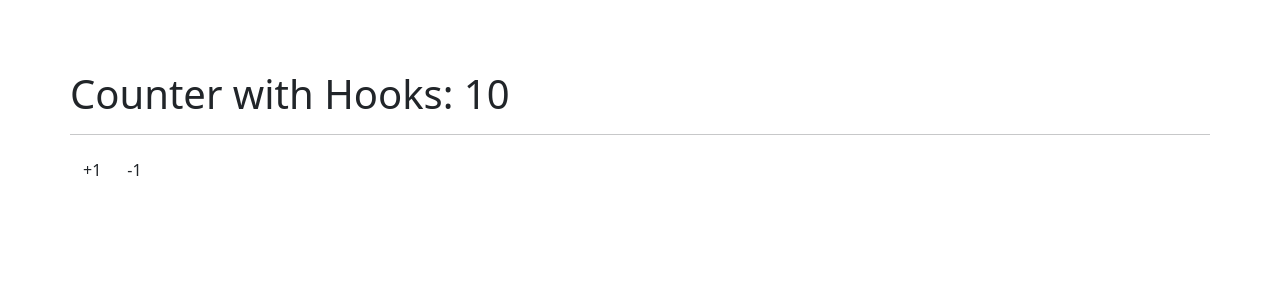
Repository: ppfeliuu/hooks-app
Page: /
These files come from the project's save history. The page is drawn as it stood at one moment and after the next save; the edit follows.
The browser window is 1280 px wide. The pictures show the whole page.
The project was rebuilt for these pictures with package versions that can differ from the ones it lists, and the page was loaded fresh each time. Also part of the build but not shown: src/components/01-useState/CounterApp.js, src/HookApp.js.

Above is the page before, as saved 2021-05-27 21:56:44.

### public/index.html
<!DOCTYPE html>
<html lang="en">
  <head>
    <meta charset="utf-8" />
    <link rel="icon" href="%PUBLIC_URL%/favicon.ico" />
    <meta name="viewport" content="width=device-width, initial-scale=1" />
    <meta name="theme-color" content="#000000" />
    <meta
      name="description"
      content="Web site created using create-react-app"
    />
    <link rel="apple-touch-icon" href="%PUBLIC_URL%/logo192.png" />
    <!--
      manifest.json provides metadata used when your web app is installed on a
      user's mobile device or desktop. See https://developers.google.com/web/fundamentals/web-app-manifest/
    -->
    <link rel="manifest" href="%PUBLIC_URL%/manifest.json" />
    <!--
      Notice the use of %PUBLIC_URL% in the tags above.
      It will be replaced with the URL of the `public` folder during the build.
      Only files inside the `public` folder can be referenced from the HTML.

      Unlike "/favicon.ico" or "favicon.ico", "%PUBLIC_URL%/favicon.ico" will
      work correctly both with client-side routing and a non-root public URL.
      Learn how to configure a non-root public URL by running `npm run build`.
    -->
    <link
      href="https://cdn.jsdelivr.net/npm/bootstrap@5.0.1/dist/css/bootstrap.min.css"
      rel="stylesheet"
      integrity="sha384-+0n0xVW2eSR5OomGNYDnhzAbDsOXxcvSN1TPprVMTNDbiYZCxYbOOl7+AMvyTG2x"
      crossorigin="anonymous"
    />
    <title>Hooks App</title>
  </head>
  <body>
    <noscript>You need to enable JavaScript to run this app.</noscript>
    <div id="root"></div>
    <!--
      This HTML file is a template.
      If you open it directly in the browser, you will see an empty page.

      You can add webfonts, meta tags, or analytics to this file.
      The build step will place the bundled scripts into the <body> tag.

      To begin the development, run `npm start` or `yarn start`.
      To create a production bundle, use `npm run build` or `yarn build`.
    -->
  </body>
</html>

### src/index.js
import React from "react";
import ReactDOM from "react-dom";
import { CounterApp } from "./components/01-useState/CounterApp";
import { CounterWithCustomHook } from "./components/01-useState/CounterWithCustomHook";
import { HookApp } from "./HookApp";

ReactDOM.render(<CounterWithCustomHook />, document.getElementById("root"));

### src/components/01-useState/CounterWithCustomHook.js
import React from "react";
import { useCounter } from "../../hooks/useCounter";
import "./counter.css";

export const CounterWithCustomHook = () => {
  const { state, increment, decrement } = useCounter();
  return (
    <>
      <h1>Counter with Hooks: {state}</h1>
      <hr />

      <button className="btn">+1</button>
      <button className="btn">-1</button>
    </>
  );
};

### src/hooks/useCounter.js
import { useState } from "react";

export const useCounter = (initialState = 10) => {
  const [state, setstate] = useState(initialState);

  const increment = () => {
    setstate(state + 1);
  };

  const decrement = () => {
    setstate(state - 1);
  };

  return {
    state,
    increment,
    decrement,
  };
};

Loaded but not shown: src/components/01-useState/counter.css (common file)

After the next save:
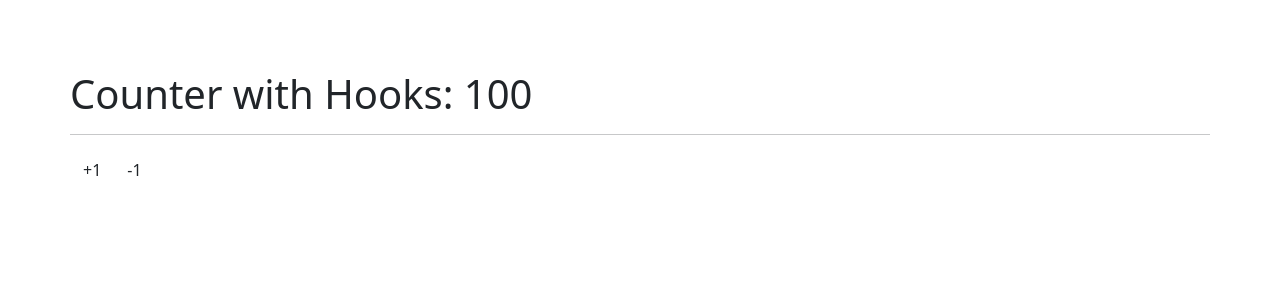
Saved 2 min 39 s later.
--- a/src/components/01-useState/CounterWithCustomHook.js
+++ b/src/components/01-useState/CounterWithCustomHook.js
@@ -3,7 +3,7 @@
 import "./counter.css";
 
 export const CounterWithCustomHook = () => {
-  const { state, increment, decrement } = useCounter();
+  const { state, increment, decrement } = useCounter(100);
   return (
     <>
       <h1>Counter with Hooks: {state}</h1>

After the 2 saves that followed:
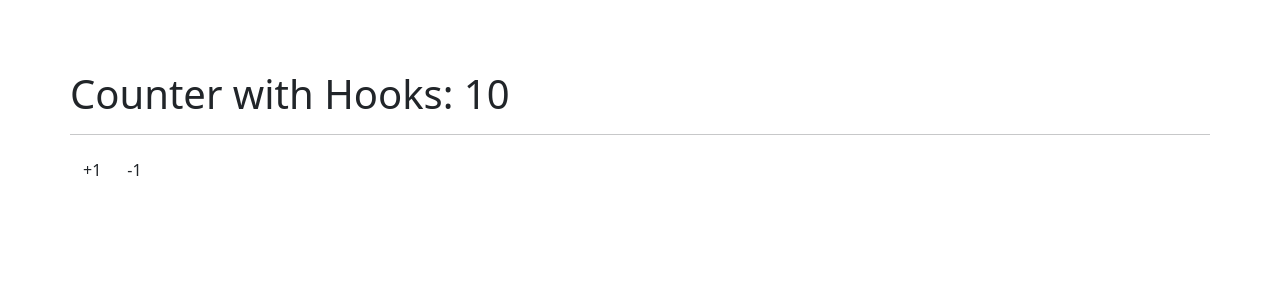
The 2 saves are shown as one change because 1 left the picture as it was.
The last was saved 68 s later.
--- a/src/components/01-useState/CounterWithCustomHook.js
+++ b/src/components/01-useState/CounterWithCustomHook.js
@@ -3,14 +3,18 @@
 import "./counter.css";
 
 export const CounterWithCustomHook = () => {
-  const { state, increment, decrement } = useCounter(100);
+  const { state, increment, decrement } = useCounter();
   return (
     <>
       <h1>Counter with Hooks: {state}</h1>
       <hr />
 
-      <button className="btn">+1</button>
-      <button className="btn">-1</button>
+      <button className="btn" onClick={increment}>
+        +1
+      </button>
+      <button className="btn" onClick={decrement}>
+        -1
+      </button>
     </>
   );
 };
